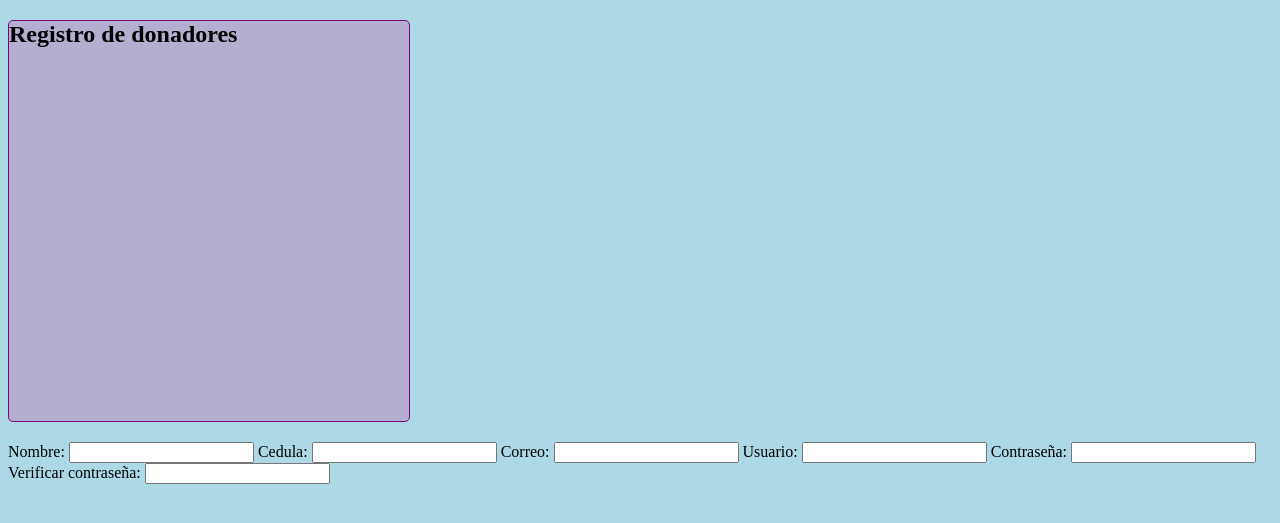
Repository: sonicspeed1/examen1_codigo_bryansantillan
Page: http://localhost/examen_1_bryan_santillan/registro_donadores.jsp
An editor plug-in stored every save of this project. The page is shown before and after the next save, followed by the edit.
The browser window is 1280 px wide. The pictures show the whole page.
The page is served by Tomcat 9.

Above is the page before, as saved 2024-05-25 17:36:24.

After the next save:
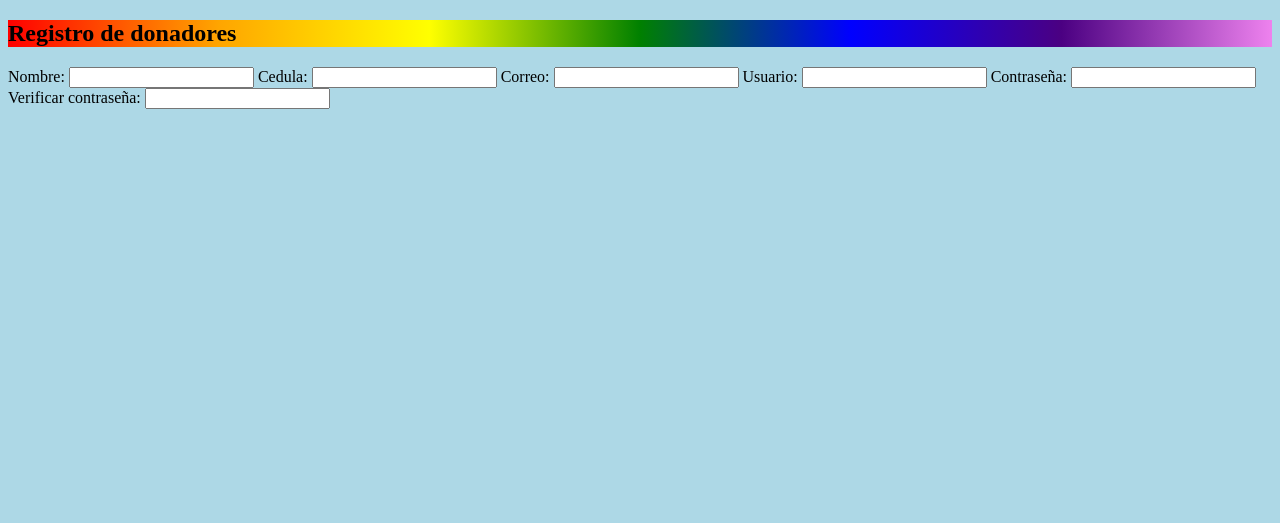
Saved 19 s later.
--- a/examen_1_bryan_santillan/src/main/webapp/registro_donadores.jsp
+++ b/examen_1_bryan_santillan/src/main/webapp/registro_donadores.jsp
@@ -8,7 +8,7 @@
 <link href="estilo.css" rel="stylesheet"/>
 </head>
 <body class="cuerpo">
-<h2 class="cuadro2">Registro de donadores</h2>
+<h2 class="cuadro3">Registro de donadores</h2>
 <label>Nombre: <input type="text" name="nombre"></label>
 <label>Cedula: <input type="text" name="ci"></label>
 <label>Correo: <input type="text" name="correo"></label>
